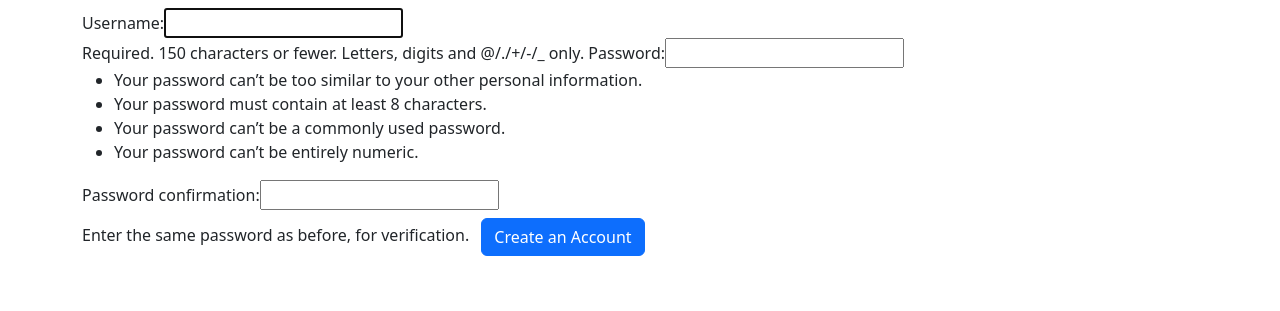
Repository: Ndifoinhilary/django_referrals_system
Page: http://localhost/signup/
The author's editor kept a copy of each file at every save. The page is drawn from the files as they stood at one save, then again after the next save.
The browser window is 1280 px wide. The pictures show the whole page.
The page is served by the project's application, run on Django 3.2 (manage.py). Other server files are loaded and not shown.

Above is the page before, as saved 2024-01-09 23:45:49.

### referrals/templates/signup.html
{% extends "base.html" %}
{% load crispy_forms_tags %}



{% block content %}
<div class="container mt-2 ">
    <form action="" method="post">
        {% csrf_token %}
        {{form}}
        <button class="btn btn-primary m-2"> Create an Account</button>

      </form>
</div>
{% endblock content %}

### referrals/templates/base.html
<!DOCTYPE html>
<html lang="en">
<head>
    <meta charset="UTF-8">
    <meta name="viewport" content="width=device-width, initial-scale=1.0">
    <title>Referrals System</title>
    <link href="https://cdn.jsdelivr.net/npm/bootstrap@5.3.2/dist/css/bootstrap.min.css" rel="stylesheet" integrity="sha384-T3c6CoIi6uLrA9TneNEoa7RxnatzjcDSCmG1MXxSR1GAsXEV/Dwwykc2MPK8M2HN" crossorigin="anonymous">

</head>
<body>


    {% block content %}

    {% endblock content %}

    <script src="https://cdn.jsdelivr.net/npm/bootstrap@5.3.2/dist/js/bootstrap.bundle.min.js" integrity="sha384-C6RzsynM9kWDrMNeT87bh95OGNyZPhcTNXj1NW7RuBCsyN/o0jlpcV8Qyq46cDfL" crossorigin="anonymous"></script>
</body>
</html>

### referrals/views.py
from django.shortcuts import render, redirect
from referrals.models import Profile
from django.contrib.auth.forms import UserCreationForm
from django.contrib.auth.models import User
from django.contrib.auth import login, authenticate

# Create your views here.


def signup_view(request):
    profile_id = request.session.get("ref_profile")
    print("profile_id", profile_id)
    form = UserCreationForm(request.POST or None)
    if form.is_valid():
        if profile_id is not None:
            recommeneded_by_profile = Profile.objects.get(id=profile_id)

            instance = form.save()

            registered_user = User.objects.get(id=instance.id)
            registered_profile = Profile.objects.get(user=registered_user)
            registered_profile.recommended_by = recommeneded_by_profile

            registered_profile.save()
        else:
            form.save()

        username = form.cleaned_data.get("username")
        password = form.cleaned_data.get("password1")

        user = authenticate(request, username=username, password=password)

        login(request, user)
        return redirect("main")

    return render(request, "signup.html", {"form": form})


def main_view(request, *args, **kwargs):
    code = kwargs.get("ref_code")
    try:
        profile = Profile.objects.get(code=code)
        # store the profile id in the sessions variable ref_profile
        request.session["ref_profile"] = profile.id

    except:
        pass
    return render(request, "main.html")

### config/urls.py
"""config URL Configuration

The `urlpatterns` list routes URLs to views. For more information please see:
    https://docs.djangoproject.com/en/3.2/topics/http/urls/
Examples:
Function views
    1. Add an import:  from my_app import views
    2. Add a URL to urlpatterns:  path('', views.home, name='home')
Class-based views
    1. Add an import:  from other_app.views import Home
    2. Add a URL to urlpatterns:  path('', Home.as_view(), name='home')
Including another URLconf
    1. Import the include() function: from django.urls import include, path
    2. Add a URL to urlpatterns:  path('blog/', include('blog.urls'))
"""
from django.contrib import admin
from django.urls import path,include

urlpatterns = [
    path('admin/', admin.site.urls),
    path('', include('referrals.urls'))
]

### referrals/urls.py
from django.urls import path

from . import views


urlpatterns = [
    path("", views.main_view, name="main"),
    path("signup/", views.signup_view, name="signup"),
    path("<str:ref_code>/", views.main_view, name="main"),
]

After the next save:
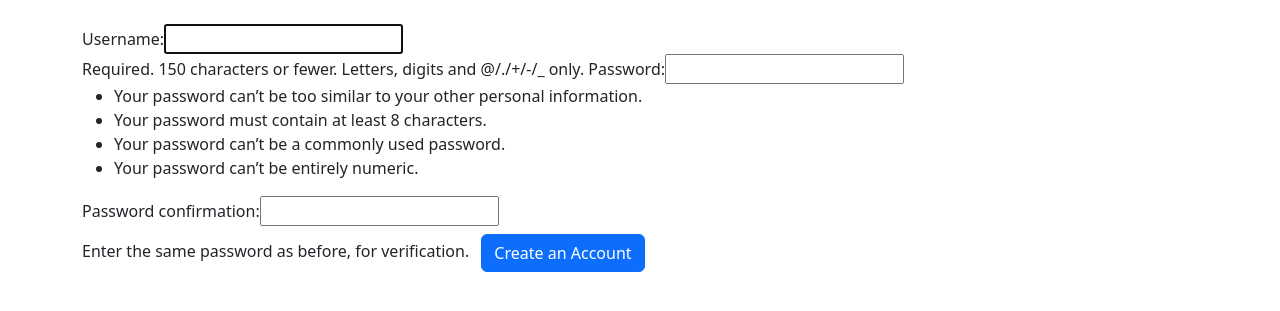
Saved 61 s later.
--- a/referrals/templates/signup.html
+++ b/referrals/templates/signup.html
@@ -4,7 +4,7 @@
 
 
 {% block content %}
-<div class="container mt-2 ">
+<div class="container mt-4 ">
     <form action="" method="post">
         {% csrf_token %}
         {{form}}
